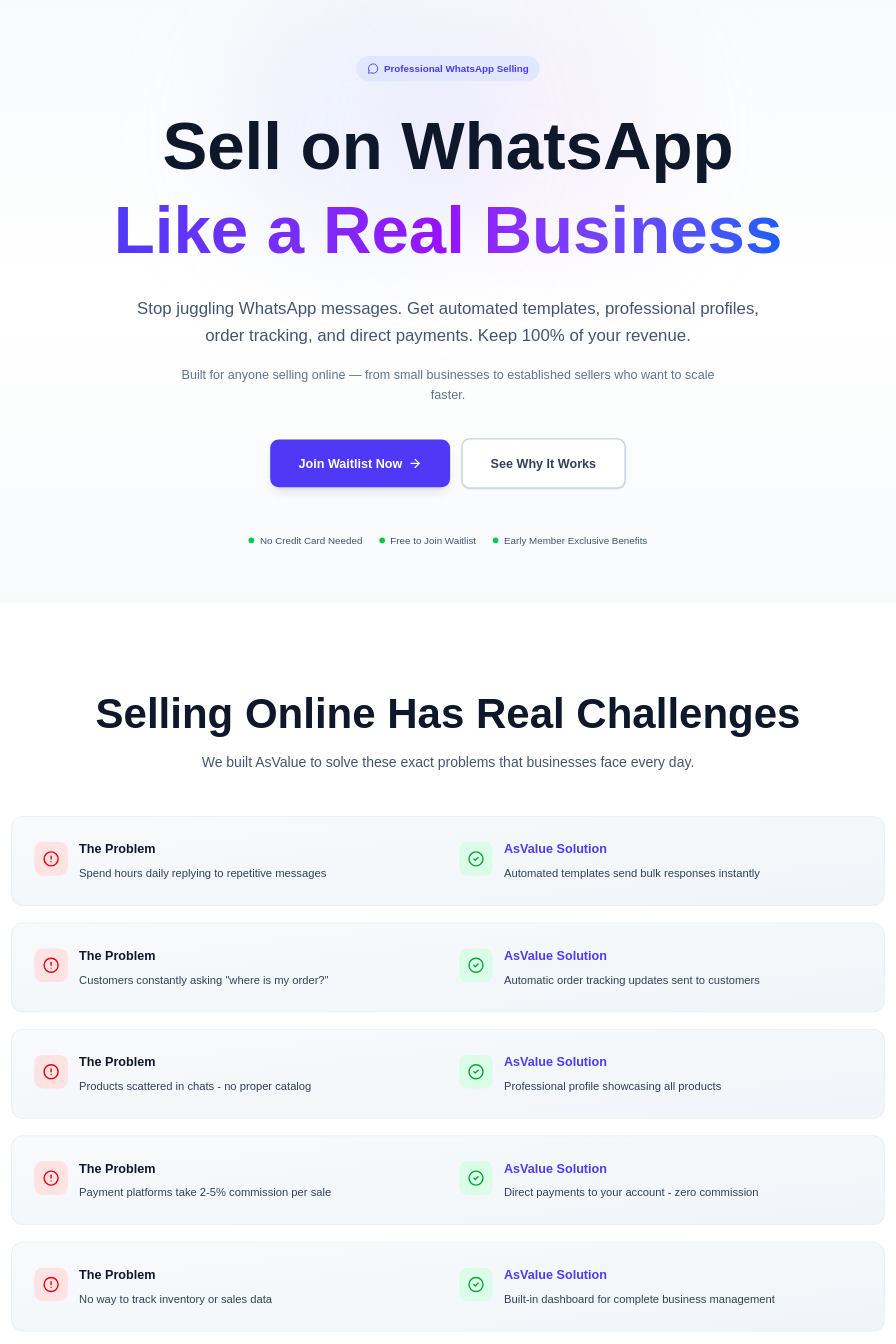
Repository: vikkii2005/asvalue-waitlist
Page: /
An editor plug-in stored every save of this project. The page is shown before and after the next save, followed by the edit.
The browser window is 1280 px wide. The pictures show the part of the page from y = 0 to 1920 px (the page is 5389 px tall before and 3982 px after), at 70% of full size.
The page's requests for data from a server got no answer. The project was rebuilt for these pictures with package versions that can differ from the ones it lists, and the page was loaded fresh each time. The framework's server and built-in components were replaced by stand-ins that run in the browser. No one was signed in, and anything a server would have sent is missing. Also part of the build but not shown: next.config.ts, components/ReferralDashboard.tsx.

Above is the page before, as saved 2025-10-31 09:23:34.

After the next save:
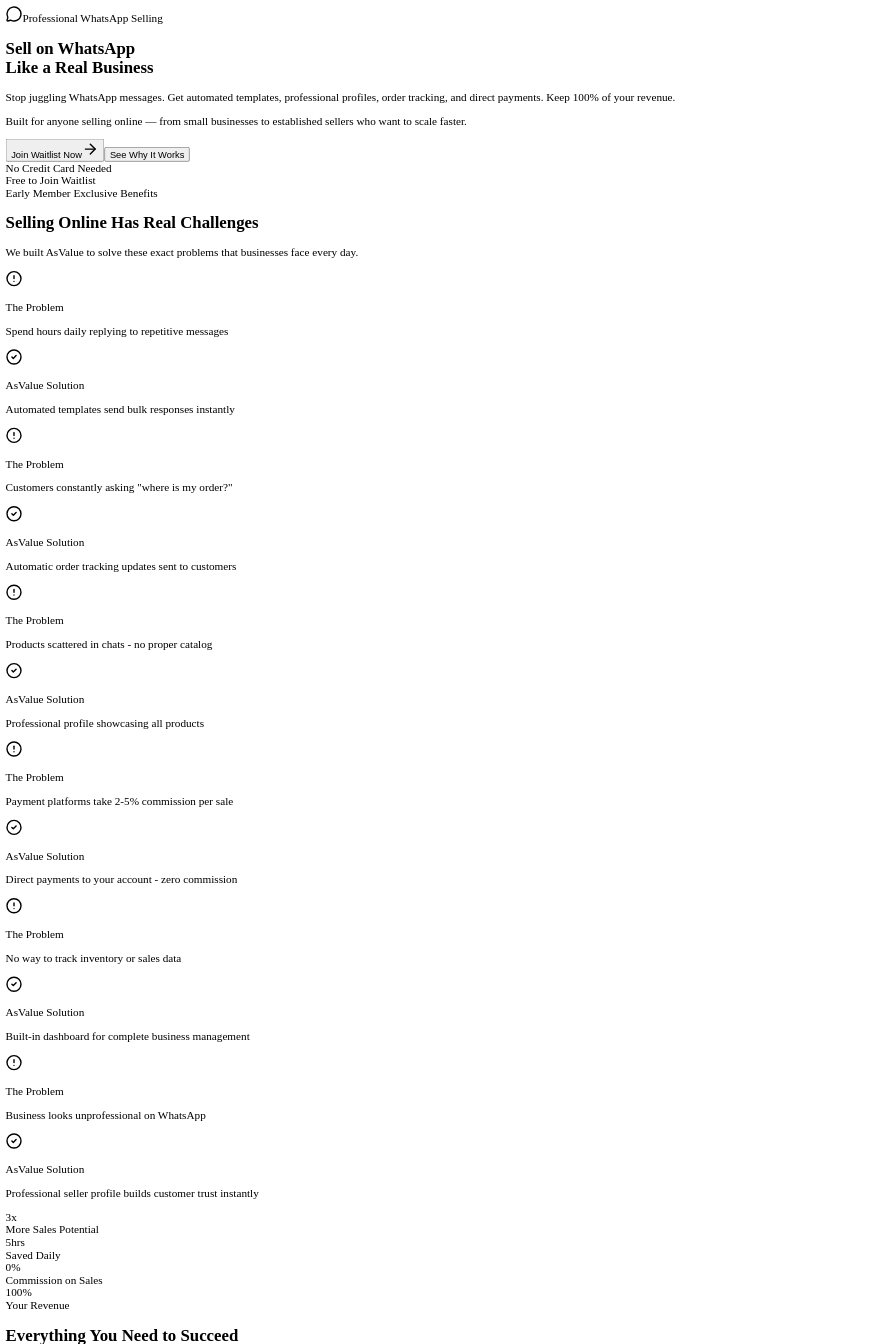
Saved 100 s later.
--- a/app/layout.tsx
+++ b/app/layout.tsx
@@ -1,7 +1,7 @@
 import { Analytics } from '@vercel/analytics/react'
 import type { Metadata } from 'next'
 import type { ReactNode } from 'react'
-import './globals.css'
+
 
 export const metadata: Metadata = {
   title: 'AsValue - Professional WhatsApp Business Platform',

After the 2 saves that followed:
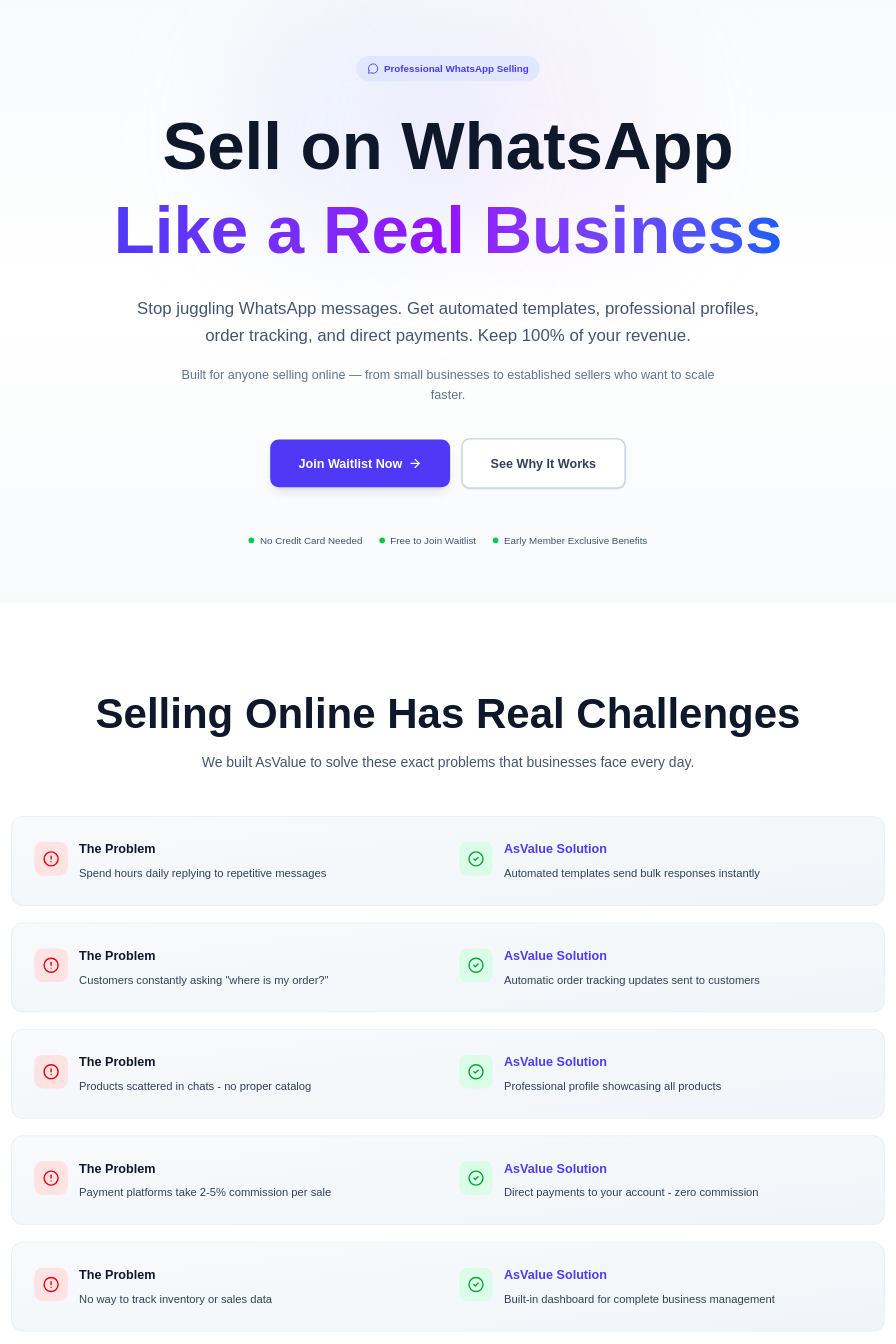
The 2 saves are shown as one change because 1 left the picture as it was.
The last was saved 2 min 59 s later.
--- a/app/layout.tsx
+++ b/app/layout.tsx
@@ -1,7 +1,7 @@
 import { Analytics } from '@vercel/analytics/react'
 import type { Metadata } from 'next'
 import type { ReactNode } from 'react'
-
+import './globals.css'
 
 export const metadata: Metadata = {
   title: 'AsValue - Professional WhatsApp Business Platform',
